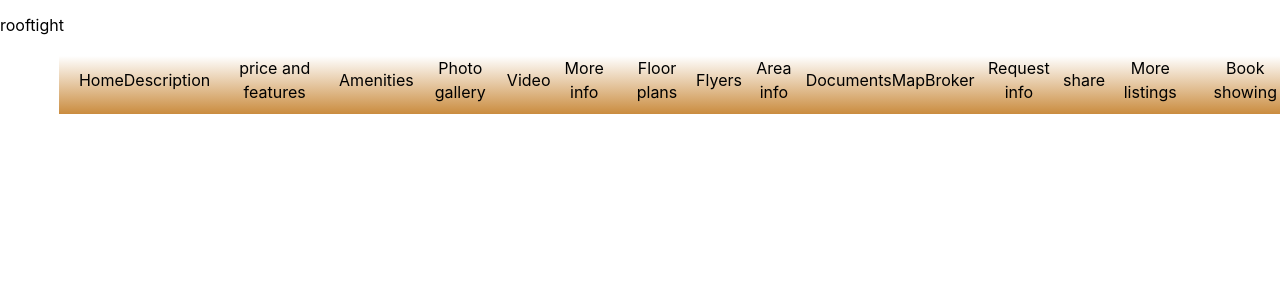
Repository: TMuse333/real-estate-landingpage
Page: /
The author's editor kept a copy of each file at every save. The page is drawn from the files as they stood at one save, then again after a run of saves.
The browser window is 1280 px wide. The pictures show the whole page.
The project was rebuilt for these pictures with package versions that can differ from the ones it lists, and the page was loaded fresh each time. Also part of the build but not shown: vite.config.js.

Above is the page before, as saved 2023-09-19 16:08:20.

After the next 3 saves:
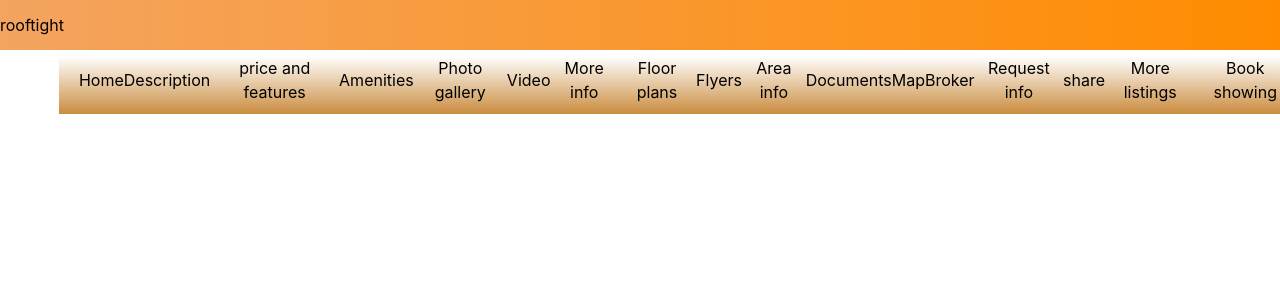
The 3 saves are shown as one change because they came seconds apart.
The last was saved 10 s later.
--- a/src/App.css
+++ b/src/App.css
@@ -40,6 +40,17 @@ padding: 0;
 }
 
 @media screen and (min-width: 415px) and (min-height: 415px){
+  .header-container{
+    display: flex;
+    justify-content: space-between;
+    align-items: center;
+    width: 100vw;
+    position: fixed;
+    top: 0px;
+    background: linear-gradient(to right, #F4A460, #FF8C00);
+    height: 50px;
+   }
+
   .nav-list{
     display: flex;
     align-items: center;
